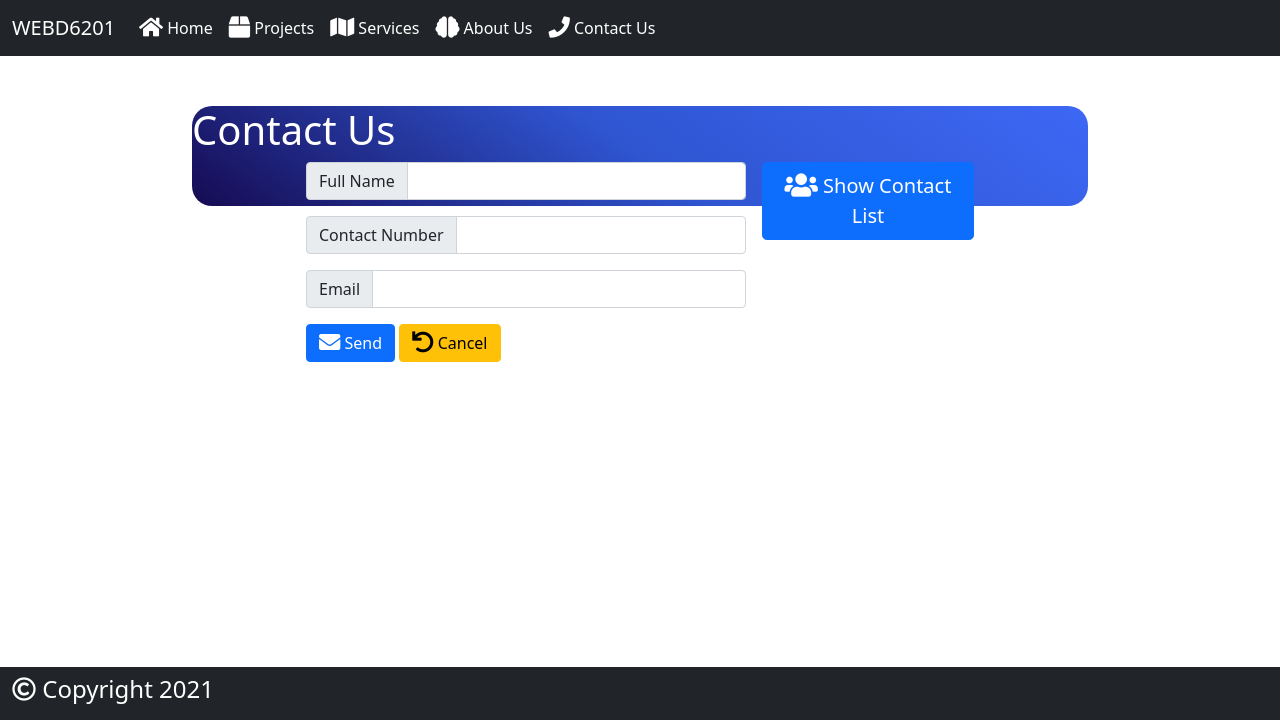
Repository: AshokSasi/WEBD6201-ASasi-JYuan-Lab2
Page: contact.html
The author's editor kept a copy of each file at every save. The page is drawn from the files as they stood at one save, then again after the next save.
The browser window is 1280 px wide. The pictures show the whole page.

Above is the page before, as saved 2021-01-28 20:34:51.
Not found: Scripts/contact.js

After the next save:
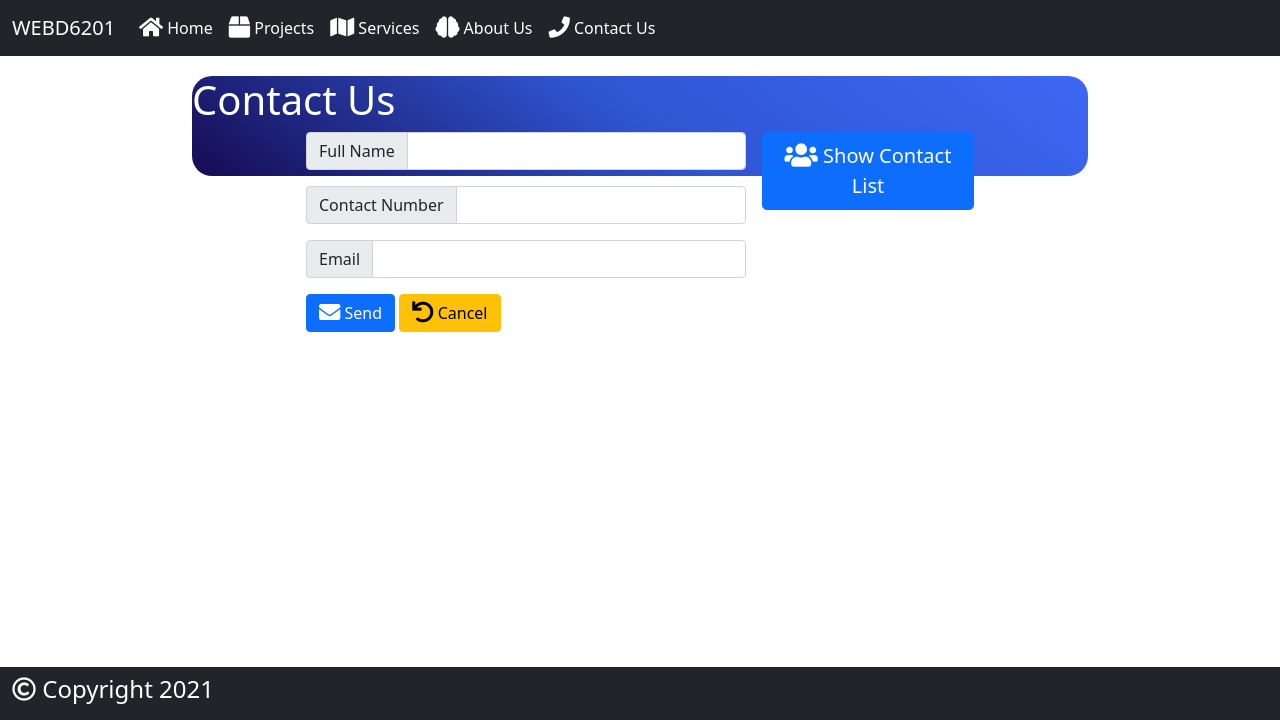
Saved 17 s later.
--- a/Content/app.css
+++ b/Content/app.css
@@ -10,7 +10,7 @@
     border-radius: 20px;
     width: 70%;
     height: 100px;
-    margin: 50px auto;
+    margin: 20px auto;
     background: linear-gradient(35deg,#160b52,#2f55d1,#3d68f5)
 }
 .container{

After the save that followed:
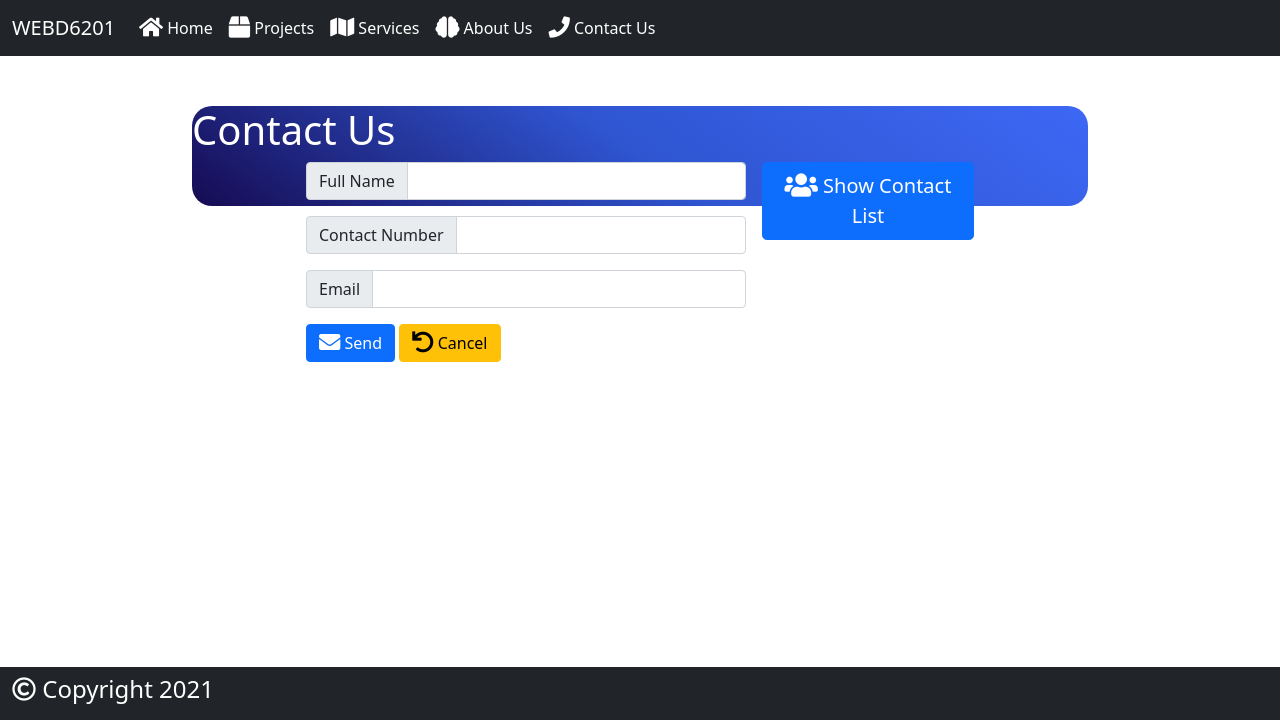
Saved 5 s later.
--- a/Content/app.css
+++ b/Content/app.css
@@ -10,7 +10,7 @@
     border-radius: 20px;
     width: 70%;
     height: 100px;
-    margin: 20px auto;
+    margin: 50px auto;
     background: linear-gradient(35deg,#160b52,#2f55d1,#3d68f5)
 }
 .container{
